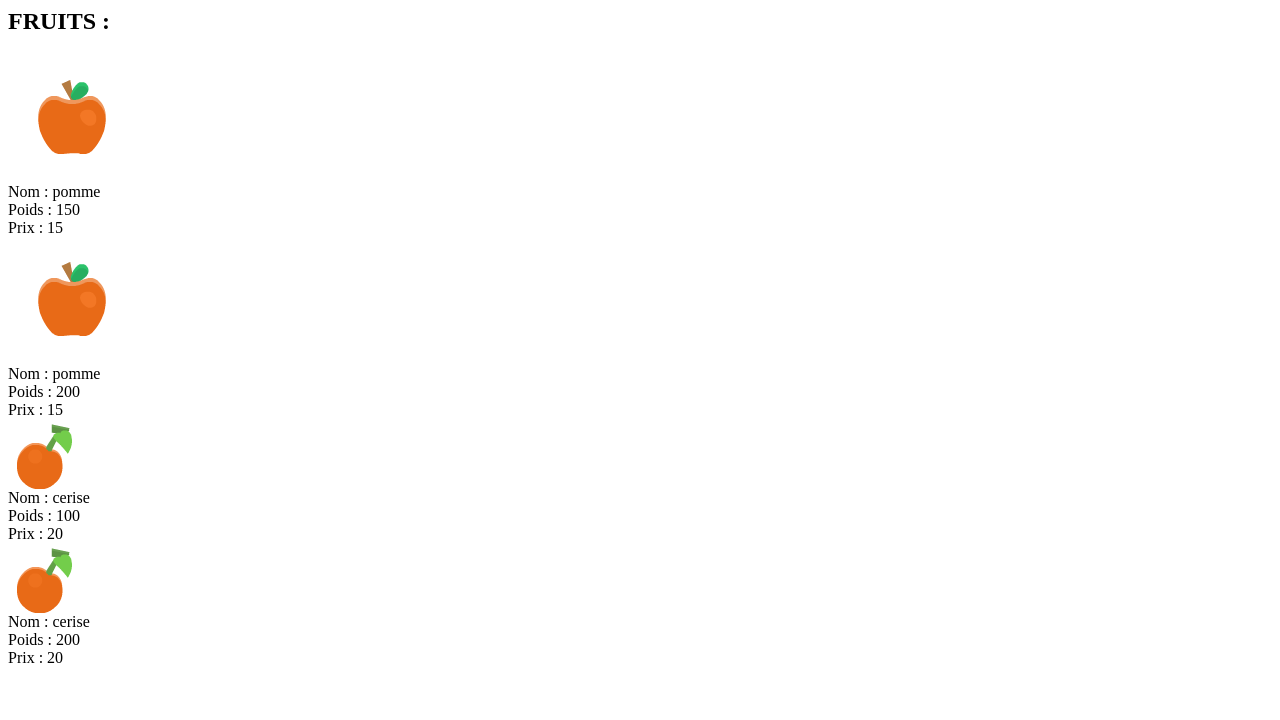
Repository: Michelhof1978/php
Page: http://localhost/pooExo1.php
These files come from the project's save history. The page is drawn as it stood at one moment and after a run of saves; the edit follows.
The browser window is 1280 px wide. The pictures show the whole page.
The page is run by PHP 8.4 with error messages shown; the project is at /var/www/html/.

Above is the page before, as saved 2022-08-21 10:52:15.

### pooExo1.php
<?php
require_once("classes/fruits.class.php");//on appelle la classe fruits.class.php une fois
?>
<h2>FRUITS :</h2>

<?php
$pomme1 = new Fruit(Fruit::POMME,150);//on appelle la classe Fruit et on lui passe en paramètre le nom du fruit(constante) et son poids
$pomme2 = new Fruit(Fruit::POMME,200);
$cerise1 = new Fruit(Fruit::CERISE,100);
$cerise2 = new Fruit(Fruit::CERISE,200);
$fruits = array($pomme1,$pomme2,$cerise1,$cerise2);//on crée un tableau avec les fruits

foreach($fruits as $fruit){//on parcourt le tableau
    echo $fruit;//on affiche le contenu de la variable $fruit
}



?>

### classes/fruits.class.php
<?php
class Fruit{//toujours mettre une majuscule pour les noms de classes
    private $nom;// attribut de la classe/ private= accessible uniquement dans la classe,de pouvoir protéger les attributs de la classe
    private $poids;
    private $prix;

    const POMME = "pomme";//const = constante, la valeur ne pourra pas être modifiée//Les constantes sont sensibles à la casse(qu'il y est une majuscule ou pas). Par convention, les constantes sont toujours en majuscule.
    const CERISE = "cerise";

    const POMMEIMG = "apple.png";
    const CHERRYIMG = "cherry.png";

    public function __construct($nom,$poids){//construct : permet de créer un objet
        $this->nom = $nom;
        $this->poids = $poids;
        $this->prix = $this->getPrixFruits($nom);//on appelle la fonction ci dessous qui permet de retourner le prix des fruits
    }

    public function getNom(){
        return $this->nom;
    }

    private function getPrixFruits($nom){
        if($nom === self::POMME){//self = élément lui même
            return 15;
        } else if($nom === self::CERISE){
            return 20;
        }
    }

    public function __toString(){//__toString : permet de retourner une chaine de caractère,La fonction __toString() renvoie le contenu de chaîne d'un élément. Cette fonction renvoie le contenu de la chaîne qui se trouve directement dans l'élément - et non le contenu de la chaîne qui se trouve à l'intérieur des enfants de cet élément !
        //On peut faire un echo sur un objet si on affiche --toString sinon, il affichera une erreur
        //Les méthodes suivantes sont considérées magiques : __construct(), __destruct(), __call(), __callStatic(), __get(), __set(), __isset(), __unset(), __sleep(), __wakeup(), __serialize(), __unserialize(), __toString(), __invoke(), __set_state() __clone(), et __debugInfo().

        $affichage = $this->getAffichageIMG();
        $affichage .= "Nom : " . $this->nom . "<br />";
        $affichage .= "Poids : " . $this->poids . "<br />";
        $affichage .= "Prix : " . $this->prix . "<br />";
        return $affichage;
    }

    private function getAffichageIMG(){//fonction pour afficher image
        if($this->nom === self::POMME){//si le nom est pomme, on affiche l'image pomme
            return "<img src ='images/".self::POMMEIMG."' alt='image pomme' /> <br/>";
        } else if ($this->nom === self::CERISE){
            return "<img src ='images/".self::CHERRYIMG."' alt='image cerise' /><br/>";
        }
    }

}

?>

After the next 10 saves:
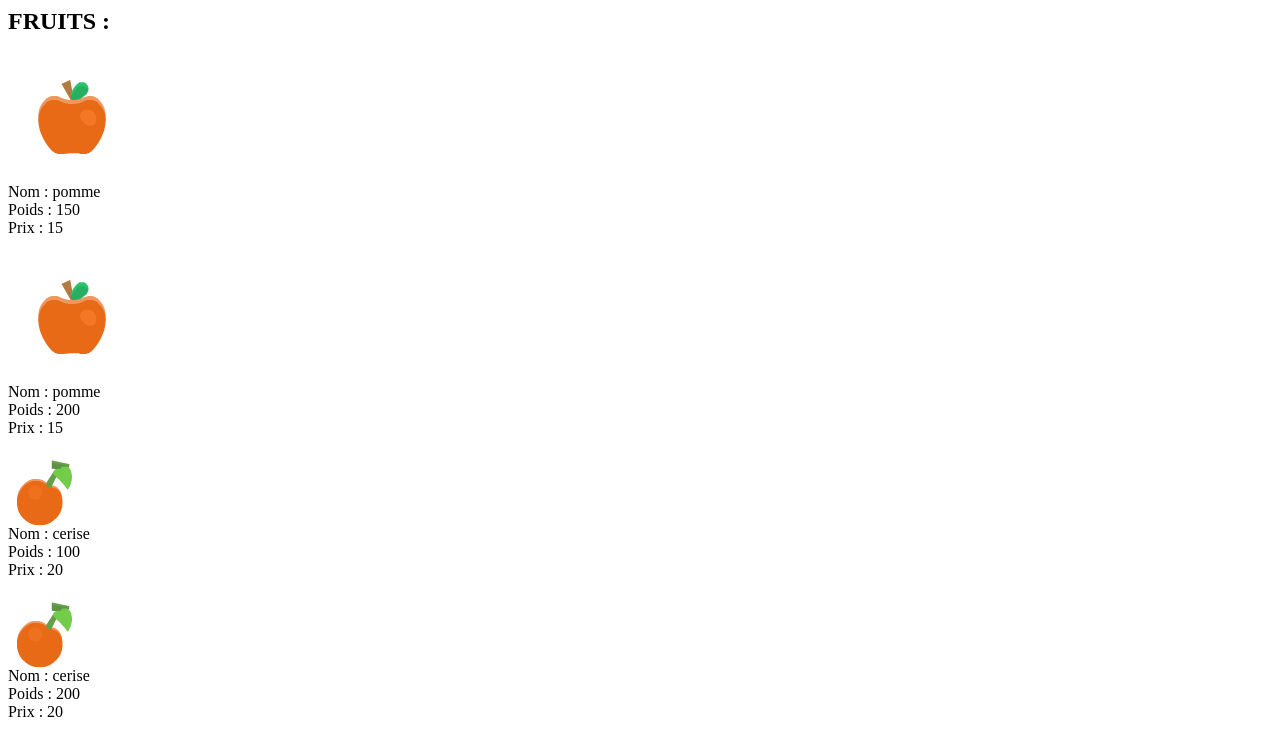
The 10 saves are shown as one change because they came seconds apart.
The last was saved 49 s later.
--- a/pooExo1.php
+++ b/pooExo1.php
@@ -12,6 +12,7 @@ $fruits = array($pomme1,$pomme2,$cerise1,$cerise2);//on crée un tableau avec le
 
 foreach($fruits as $fruit){//on parcourt le tableau
     echo $fruit;//on affiche le contenu de la variable $fruit
+    echo "<br />";
 }
 
 
